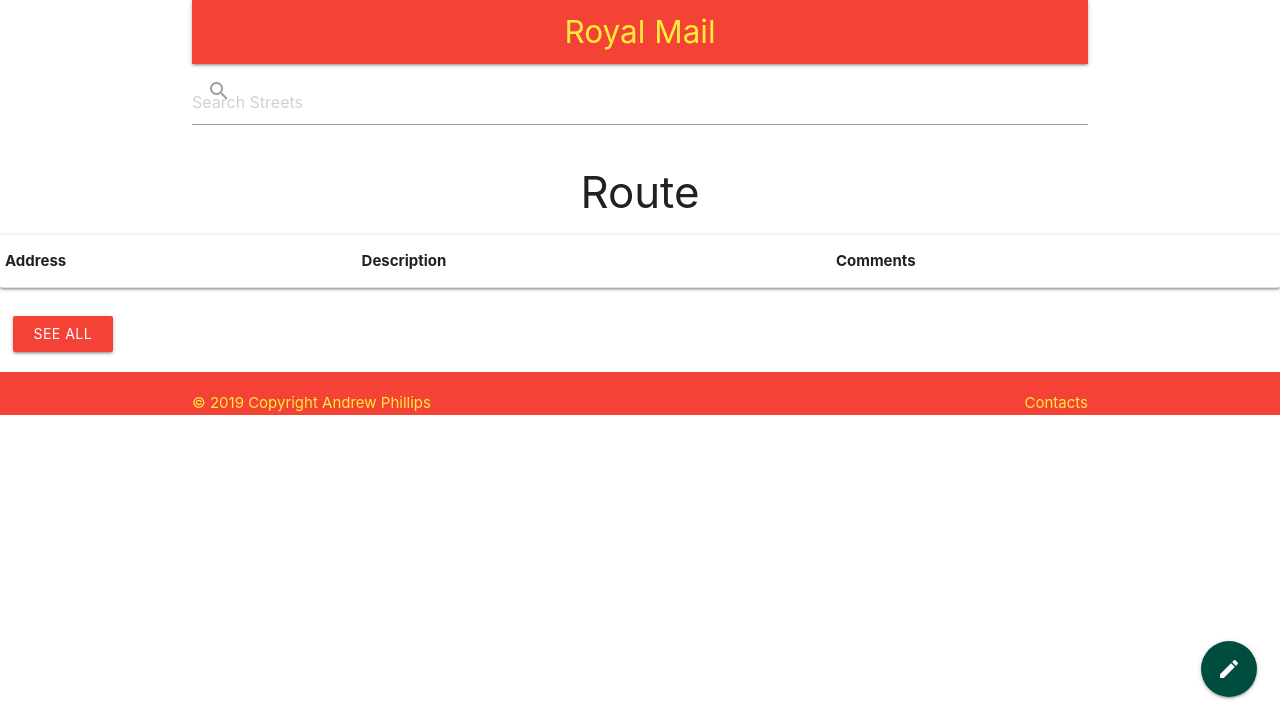
Repository: bandyp/Postal-Reminders
Page: http://localhost/goto_home
The author's editor kept a record of every edit. The page is drawn from the files as they stood at one moment, then again after the next edit.
The browser window is 1280 px wide. The pictures show the whole page.
The page is served by the project's application, run on Flask 3 (app.py). Queries for data that is not in the repository find no rows.

Above is the page before.

After the next edit:
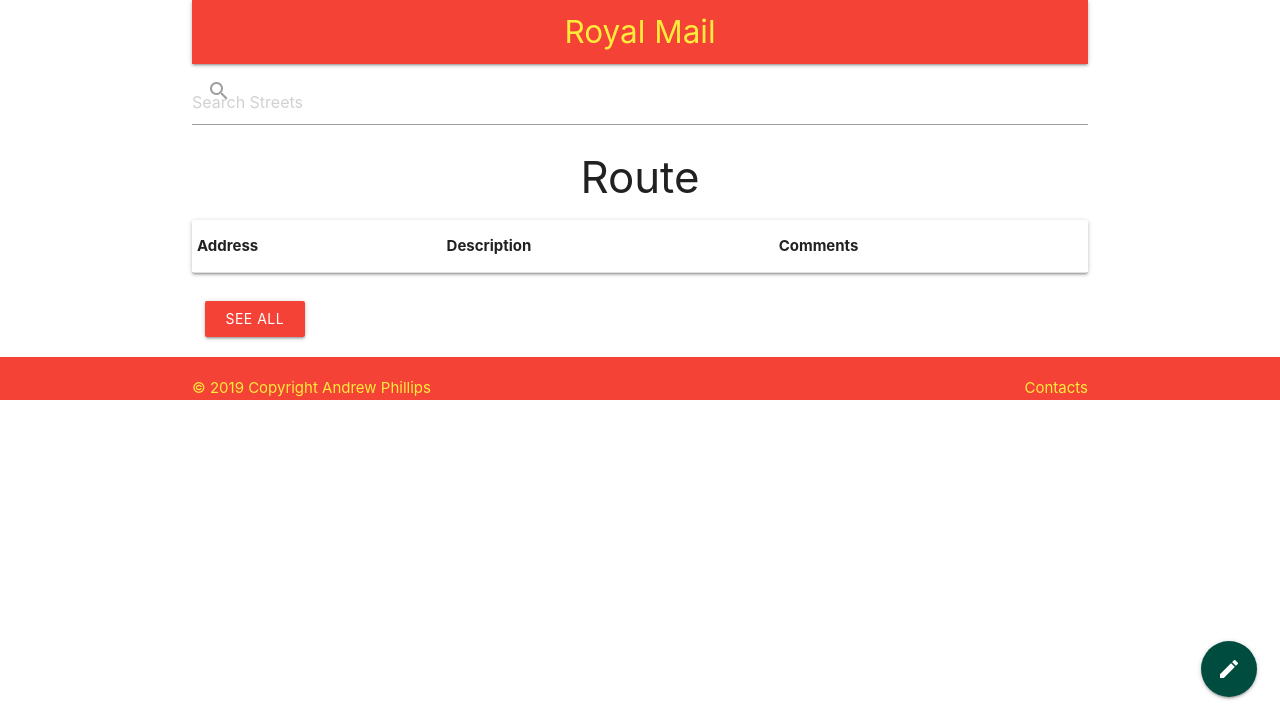
The edit:
--- a/templates/incidents.html
+++ b/templates/incidents.html
@@ -14,8 +14,7 @@
         <i class="material-icons">close</i>
       </div>
     </form>
-  </div>
-</nav>
+
 <!-- Page heading -->
 <div class="col s12 m7">
   <h3 class="header center">Route</h3>
